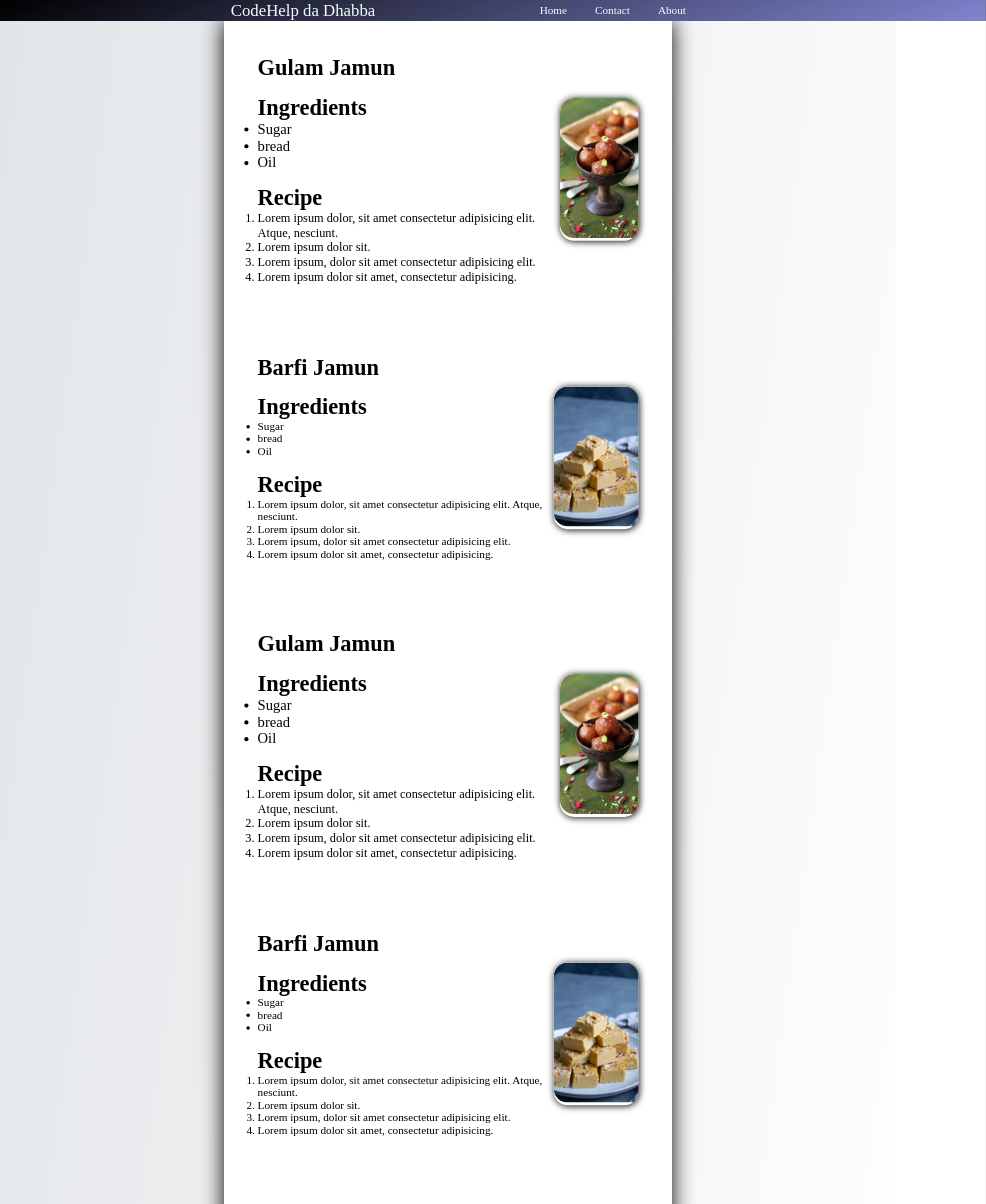
Repository: ssaddamhuss100/Recipe_Html_css
Page: index.html
The author's editor kept a copy of each file at every save. The page is drawn from the files as they stood at one save, then again after the next save.
The browser window is 1280 px wide. The page is 1408 px wide, so the pictures cover 1408 px, including what lies to the right of the window. The pictures show the part of the page from y = 0 to 1720 px (the page is 2513 px tall before and 2396 px after), at 70% of full size.

Above is the page before, as saved 2024-12-12 10:51:33.

### index.html
<!DOCTYPE html>
<html lang="en">
<head>
    <meta charset="UTF-8">
    <meta http-equiv="X-UA-Compatible" content="IE=edge">
    <meta name="viewport" content="width=device-width, initial-scale=1.0">
    <title>Codehelp da Dhaaba</title>
    <link rel="stylesheet" href="style.css">
</head>
<body>

    <div class="container">

        <header>
            <div class="navContainer">
                <nav>
                    <ul id="navList">
                        <li>
                            <p id="navLogo">CodeHelp da Dhabba</p>
                        </li>
                        <li>
                            <div id="navItems">
                                <a href="#">Home</a>
                                <a href="#">Contact</a>
                                <a href="#">About</a>
                            </div>
                        </li>
                    </ul>
                </nav>
            </div>
        </header>

        <main>
            <div class="contentBox">
                <!-- item 1  -->
                <section>
                    <div class="item">
                        <div class="leftBox">
                            <!-- heaeding -->
                            <h2>Gulam Jamun</h2>

                            <div>
                                <h2>Ingredients</h2>
                                <ul class="ingBox">
                                    <li>Sugar</li>
                                    <li>bread</li>
                                    <li>Oil</li>
                                </ul>
                            </div>

                            <div>
                                <h2>Recipe</h2>
                                <ol class="recipeBox">
                                    <li>Lorem ipsum dolor, sit amet consectetur adipisicing elit. Atque, nesciunt.</li>
                                    <li>Lorem ipsum dolor sit.</li>
                                    <li>Lorem ipsum, dolor sit amet consectetur adipisicing elit.</li>
                                    <li>Lorem ipsum dolor sit amet, consectetur adipisicing.</li>
                                </ol>
                            </div>



                        </div>

                        <div class="rightBox">
                            <img
                                src="bread-gulab-jamun-recipe.jpg"
                            />
                            <div class="overlay">
                                <span> Click here to Buy</span>
                            </div>
                        </div>
                    </div>
                </section>

                <section>
                    <div class="item">
                        <div class="leftBox">
                            <!-- heaeding -->
                            <h2>Barfi Jamun</h2>

                            <div>
                                <h2>Ingredients</h2>
                                <ul>
                                    <li>Sugar</li>
                                    <li>bread</li>
                                    <li>Oil</li>
                                </ul>
                            </div>

                            <div>
                                <h2>Recipe</h2>
                                <ol>
                                    <li>Lorem ipsum dolor, sit amet consectetur adipisicing elit. Atque, nesciunt.</li>
                                    <li>Lorem ipsum dolor sit.</li>
                                    <li>Lorem ipsum, dolor sit amet consectetur adipisicing elit.</li>
                                    <li>Lorem ipsum dolor sit amet, consectetur adipisicing.</li>
                                </ol>
                            </div>



                        </div>
                        <div class="rightBox">
                            <img
                                src="Magaz-5-of-5-2-960x1440.jpg"
                            />
                        </div>
                    </div>
                </section>

                <section>
                    <div class="item">
                        <div class="leftBox">
                            <!-- heaeding -->
                            <h2>Gulam Jamun</h2>

                            <div>
                                <h2>Ingredients</h2>
                                <ul class="ingBox">
                                    <li>Sugar</li>
                                    <li>bread</li>
                                    <li>Oil</li>
                                </ul>
                            </div>

                            <div>
                                <h2>Recipe</h2>
                                <ol class="recipeBox">
                                    <li>Lorem ipsum dolor, sit amet consectetur adipisicing elit. Atque, nesciunt.</li>
                                    <li>Lorem ipsum dolor sit.</li>
                                    <li>Lorem ipsum, dolor sit amet consectetur adipisicing elit.</li>
                                    <li>Lorem ipsum dolor sit amet, consectetur adipisicing.</li>
                                </ol>
                            </div>



                        </div>

                        <div class="rightBox">
                            <img
                                src="bread-gulab-jamun-recipe.jpg"
                            />
                            <div class="overlay">
                                <span> Click here to Buy</span>
                            </div>
                        </div>
                    </div>
                </section>

                <section>
                    <div class="item">
                        <div class="leftBox">
                            <!-- heaeding -->
                            <h2>Barfi Jamun</h2>

                            <div>
                                <h2>Ingredients</h2>
                                <ul>
                                    <li>Sugar</li>
                                    <li>bread</li>
                                    <li>Oil</li>
                                </ul>
                            </div>

                            <div>
                                <h2>Recipe</h2>
                                <ol>
                                    <li>Lorem ipsum dolor, sit amet consectetur adipisicing elit. Atque, nesciunt.</li>
                                    <li>Lorem ipsum dolor sit.</li>
                                    <li>Lorem ipsum, dolor sit amet consectetur adipisicing elit.</li>
                                    <li>Lorem ipsum dolor sit amet, consectetur adipisicing.</li>
                                </ol>
                            </div>



                        </div>
                        <div class="rightBox">
                            <img
                                src="Magaz-5-of-5-2-960x1440.jpg"
                            />
                        </div>
                    </div>
                </section>

                <section>
                    <div class="item">
                        <div class="leftBox">
                            <!-- heaeding -->
                            <h2>Gulam Jamun</h2>

                            <div>
                                <h2>Ingredients</h2>
                                <ul class="ingBox">
                                    <li>Sugar</li>
                                    <li>bread</li>
                                    <li>Oil</li>
                                </ul>
                            </div>

                            <div>
                                <h2>Recipe</h2>
                                <ol class="recipeBox">
                                    <li>Lorem ipsum dolor, sit amet consectetur adipisicing elit. Atque, nesciunt.</li>
                                    <li>Lorem ipsum dolor sit.</li>
                                    <li>Lorem ipsum, dolor sit amet consectetur adipisicing elit.</li>
                                    <li>Lorem ipsum dolor sit amet, consectetur adipisicing.</li>
                                </ol>
                            </div>



                        </div>

                        <div class="rightBox">
                            <img
                                src="bread-gulab-jamun-recipe.jpg"
                            />
                            <div class="overlay">
                                <span> Click here to Buy</span>
                            </div>
                        </div>
                    </div>
                </section>

                <section>
                    <div class="item">
                        <div class="leftBox">
                            <!-- heaeding -->
                            <h2>Barfi Jamun</h2>

                            <div>
                                <h2>Ingredients</h2>
                                <ul>
                                    <li>Sugar</li>
                                    <li>bread</li>
                                    <li>Oil</li>
                                </ul>
                            </div>

                            <div>
                                <h2>Recipe</h2>
                                <ol>
                                    <li>Lorem ipsum dolor, sit amet consectetur adipisicing elit. Atque, nesciunt.</li>
                                    <li>Lorem ipsum dolor sit.</li>
                                    <li>Lorem ipsum, dolor sit amet consectetur adipisicing elit.</li>
                                    <li>Lorem ipsum dolor sit amet, consectetur adipisicing.</li>
                                </ol>
                            </div>



                        </div>
                        <div class="rightBox">
                            <img
                                src="Magaz-5-of-5-2-960x1440.jpg"
                            />
                        </div>
                    </div>
                </section>
            </div>
        </main>

        <footer>
           <div class="footerBox">
                <p>
                    Copyright  &copy; CodeHelp da Dhaaba Pvt Ltd 2023 All Rights Reserved
                </p>
           </div>
        </footer>


    </div>

</body>
</html>

### style.css
*{
    margin: 0;
    padding: 0;
    box-sizing: border-box;
}
.container{
    height: 100%;
    width: 100%;
    overflow-x: none;
    background-color: #e2e5e8;
    background-image: linear-gradient(98deg, #e2e5e8 0%, #ffffff 100%);

}

.navContainer{
    width: 110vw;
    /* background-color: rgba(113, 113, 154, 0.776);
    */
    background-color: #000000;
   background-image: linear-gradient(160deg, #000000 0%, #8085d0 100%);

    min-height: 30px;
    display: flex;
    justify-content: center;
    align-items: center;
    position: relative;
}
nav{
    width: 70%;
}
#navList{
    width: 90%;
    padding: 1px;

    list-style: none;
    font-size: 1rem;
    display: flex;
    justify-content: space-around;
    align-items: center;
}

#navLogo{
    font-size: 1.5rem;
    color: azure;
}

a{
    text-decoration: none;
    color: azure;
}
#navItems{
    display: flex;
    gap:40px;

}

footer{
    width: 100%;
}

.footerBox{
    background-color: #000000;
    background-image: linear-gradient(160deg, #000000 0%, #8085d0 100%);
    width: 100%;
    text-align: center;
    min-height: 10px;
}

.footerBox p {
    color: azure;
    font-size: 1rem;
}

.contentBox{
    width: 50%;
    margin: auto;
    /* border: 1px solid black; */
    background-color: white;
    display: flex;
    flex-direction: column;
    gap: 100px;
    padding: 3rem;
    box-shadow: 0px 0px 30px black;
}

.item{
    display: flex;
    justify-content: space-around;
    align-items: center;
}

.rightBox{
    position: relative;
    overflow: hidden;
    transition: all 0.3s linear 0s;
    box-shadow: 1px 1px 10px black;
    border-radius: 20px;
}

.rightBox img{
    height: 200px;
    border-radius: 20px;
    transition: all 0.6s linear 0s;
}

.rightBox:hover{
    transform: scale(1.1);
}

.leftBox{
    display: flex;
    flex-direction: column;
    gap: 20px;
}
.leftBox h2{
    font-size: 2rem;
}

.ingBox{
    font-size: 1.3rem;
}

.recipeBox{
    font-size: 1.1rem;
}

.rightBox .overlay{
    position: absolute;
    top: 0;
    left: 0;
    height: 100%;
    width: 100%;
    background-color: rgba(36, 34, 34, 0.713);
    border-radius: 20px;
    display: flex;
    align-items: center;
    justify-content: center;
    opacity: 0;
    transition: all 0.3s linear 0s;
}

.rightBox:hover .overlay{
    opacity: 1;
}

.rightBox .overlay span{
    color: white;
    font-size: 1.2rem;
}

After the next save:
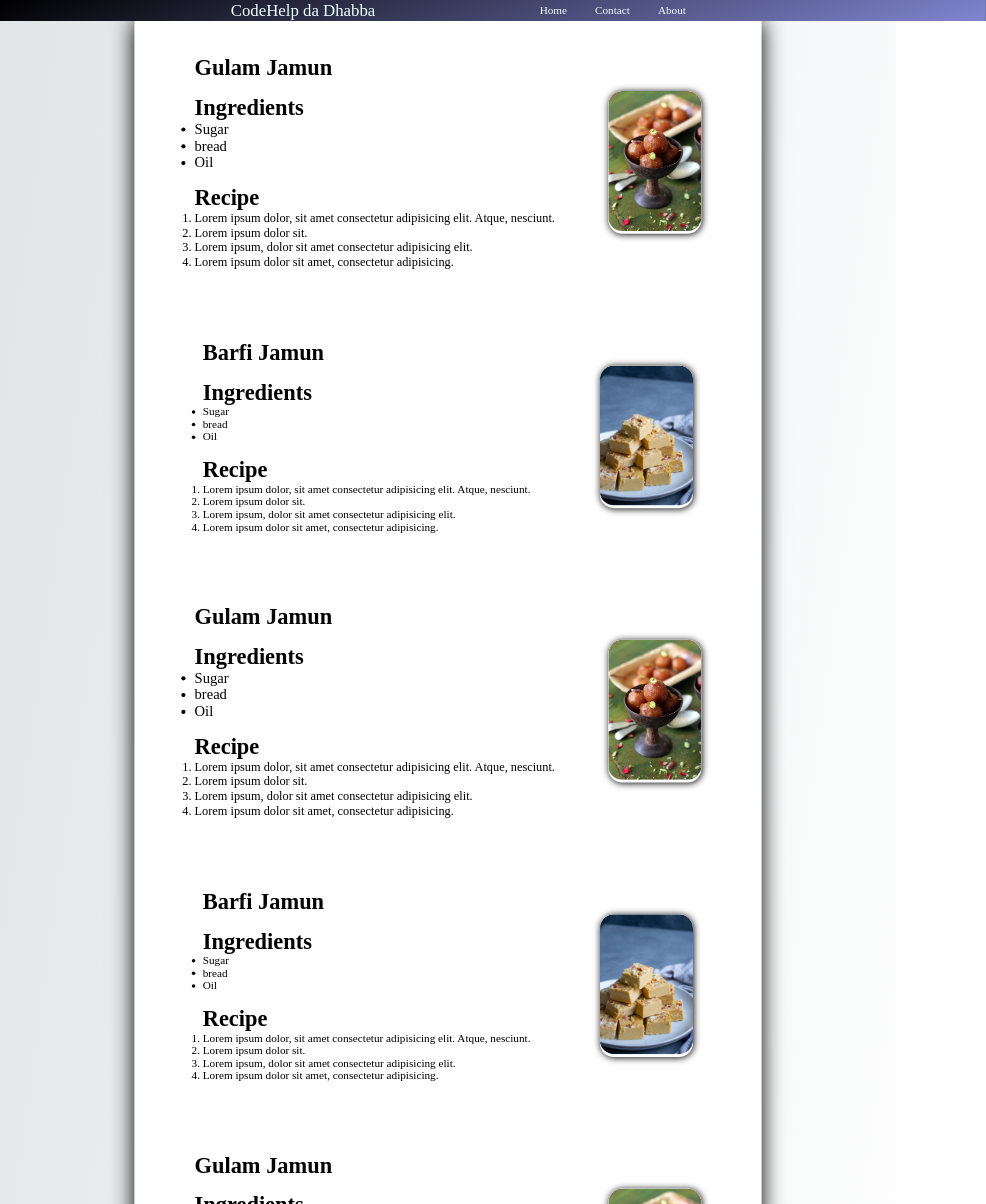
Saved 15 s later.
--- a/style.css
+++ b/style.css
@@ -72,7 +72,7 @@ footer{
 }
 
 .contentBox{
-    width: 50%;
+    width: 70%;
     margin: auto;
     /* border: 1px solid black; */
     background-color: white;
